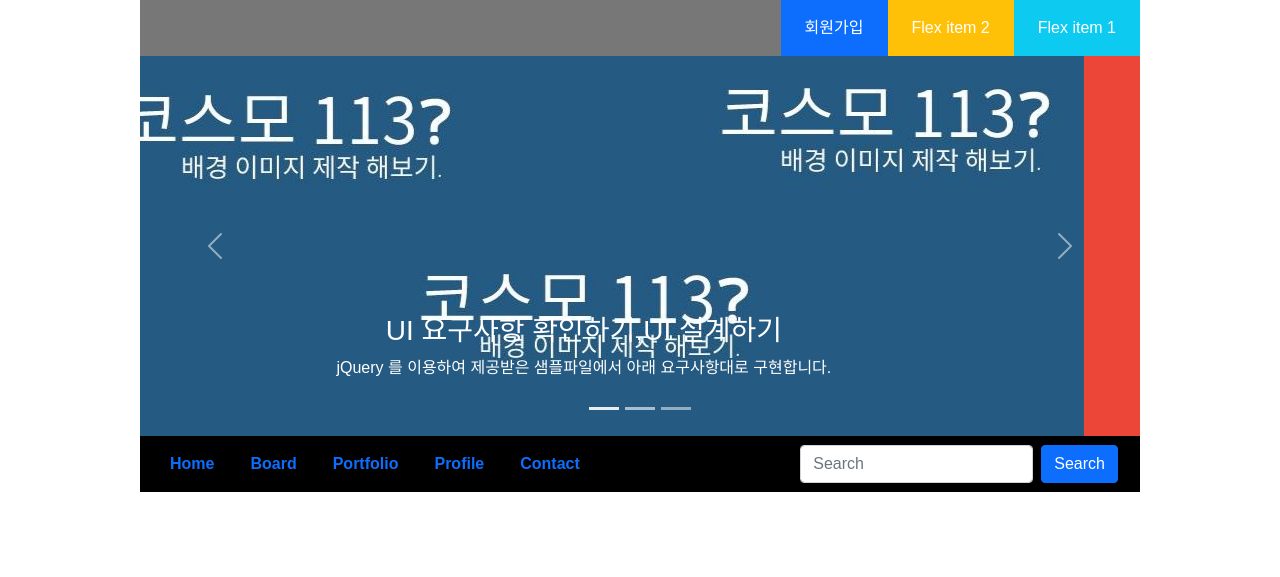
Repository: ilsang7389/12321
Page: http://localhost/spring1019_20_mvc/WEB-INF/views/main/index.jsp
The author's editor kept a copy of each file at every save. The page is drawn from the files as they stood at one save, then again after the next save.
The browser window is 1280 px wide. The pictures show the whole page.
Some web libraries are served in a nearby version. The page is served by Tomcat 9. Nobody is signed in. Other server files are loaded and not shown. The template is opened directly, without the code that normally fills it, so the values that code supplies are empty.

Above is the page before, as saved 2023-10-19 05:34:49.

### spring1019_20_mvc/WebContent/WEB-INF/views/main/index.jsp
<%@ page language="java" contentType="text/html; charset=EUC-KR"
	pageEncoding="EUC-KR"%>
<%@include file="../temp/header.jsp"%>

### spring1019_20_mvc/WebContent/WEB-INF/views/temp/header.jsp
<%@ page language="java" contentType="text/html; charset=EUC-KR"
    pageEncoding="EUC-KR"%>
<%@taglib prefix="c" uri="http://java.sun.com/jsp/jstl/core" %>
<!DOCTYPE html>
<html>
 <head>
  <TITLE> New Document </TITLE>
  <meta charset="euc-kr">
  <meta name="viewport" content="width=device-width, initial-scale=1">
  <link href="https://cdn.jsdelivr.net/npm/bootstrap@5.1.3/dist/css/bootstrap.min.css" rel="stylesheet">
  <link rel="stylesheet" href="resources/css/style.css"/>
  <script src="https://cdn.jsdelivr.net/npm/bootstrap@5.1.3/dist/js/bootstrap.bundle.min.js"></script>
 <link rel="stylesheet" href="https://cdnjs.cloudflare.com/ajax/libs/font-awesome/4.7.0/css/font-awesome.min.css"/>
 <script src="https://cdnjs.cloudflare.com/ajax/libs/jquery/3.2.1/jquery.min.js"></script>
 <style>
 a{
	text-decoration: none;
}
select.btn-mini {
    height: auto;
    width : 200px;
    line-height: 14px;
}
.card {

    border: none;
    box-shadow: 5px 6px 6px 2px #e9ecef;
    border-radius: 4px;
}
.dots{
  height: 4px;
  width: 4px;
  margin-bottom: 2px;
  background-color: #bbb;
  border-radius: 50%;
  display: inline-block;
}

.badge{
    padding: 7px;
    padding-right: 9px;
    padding-left: 16px;
    box-shadow: 5px 6px 6px 2px #e9ecef;
}

.user-img{
    margin-top: 4px;
}

.check-icon{
    font-size: 17px;
    color: #c3bfbf;
    top: 1px;
    position: relative;
    margin-left: 3px;
}
.form-check-input{
    margin-top: 6px;
    margin-left: -24px !important;
    cursor: pointer;
}
.form-check-input:focus{
    box-shadow: none;
}


.icons i{
    margin-left: 8px;
}
.reply{
    margin-left: 12px;
}

.reply small{
    color: #b7b4b4;
}
.reply small:hover{
    color: green;
    cursor: pointer;
}
.bgGr1 {
	background-color: #0d6efd
}
.bgGr2 {
	background-color: #ffc107
}
.bgGr3 {
	background-color: #0dcaf0
}
#colTitle{
	background-color: #000000;
}

.mytable-condensed{
  font-size: 11px;
}
 </style>
<script>
$(function(){
	$('#searchv').focusin(function() {
		$(this).val("검색어 입력")
	});
	$('#searchv').focusout(function() {
		$(this).val("")
	});

	//let firstColor ="d-flex flex-row-reverse mybgColor";
	console.log("log00 => "+$('.mybgColor').attr('class'));
	$('#item1').click(function(){
		//$(this).attr('class',firstColor)
		console.log("log => "+$('.mybgColor').attr('class'));
		$('.mybgColor').attr('class',function(){
			$(this).attr('style','background-color:#0dcaf0');
			/*
			let changeClass = $(this).attr('class');
			let class_sttr_arr = changeClass.split(" ");
			$.each(class_sttr_arr,function(e,val){
				console.log(e+"::::::::::::::::::"+val)
				if(val.includes("bg-")){
					console.log("================>"+e+":"+val);
					$('.mybgColor').attr('class').replace(val,'bg-info');
				}else{
					changeClass +=" bg-info";
				}
				$('.mybgColor').attr('class',changeClass)
			});
			*/
		});
	});
	$('#item2').click(function(){
		console.log("log => "+$('.mybgColor').attr('class'));
		$('.mybgColor').attr('class',function(){
			$(this).attr('style','background-color:#ffc107');
		});
		//이미지 세팅하기
		let imgArr = ['d1.jpg','d2.jpg','d3.jpg'];
		$('.carousel-item > img').each(function(idx){
			console.log("바뀔 이미지 :"+imgArr[idx]+", log Img => "+$(this).attr('src'));
			$(this).attr('src','resources/image/'+imgArr[idx]);
		});

	});
	$('#item3').click(function(){
		$('.mybgColor').attr('class',function(){
			$(this).attr('style','background-color:#0d6efd');
		});
		//이미지 세팅하기
		let imgArr = ['c1.jpg','c2.jpg','c3.jpg'];
		$('.carousel-item > img').each(function(idx){
			console.log("바뀔 이미지 :"+imgArr[idx]+", log Img => "+$(this).attr('src'));
			$(this).attr('src','resources/image/'+imgArr[idx]);
		});
	});
});
</script>
 </head>
 <body>
<header class="text-white text-center" >
<div class="d-flex flex-row-reverse mybgColor">
  <div class="p-2 bg-info"><a href="#" class="nav-link text-white" id="item1">Flex item 1</a></div>
  <div class="p-2 bg-warning"><a href="#" class="nav-link text-white" id="item2">Flex item 2</a></div>
  <div class="p-2 bg-primary"><a href="#" class="nav-link text-white" id="item3">회원가입</a></div>
</div>
        <!-- Carousel -->
<div id="demo" class="carousel slide" data-bs-ride="carousel">
  <!-- Indicators/dots -->
  <div class="carousel-indicators">
    <button type="button" data-bs-target="#demo" data-bs-slide-to="0" class="active"></button>
    <button type="button" data-bs-target="#demo" data-bs-slide-to="1"></button>
    <button type="button" data-bs-target="#demo" data-bs-slide-to="2"></button>
  </div>

  <!-- The slideshow/carousel -->
  <div class="carousel-inner">
    <div class="carousel-item active">
      <img src="resources/image/d1.jpg" alt="Kosmo113" class="d-block" style="width:100%">
      <div class="carousel-caption">
        <h3>UI 요구사항 확인하기,UI 설계하기 </h3>
        <p>jQuery 를 이용하여 제공받은 샘플파일에서 아래 요구사항대로 구현합니다.</p>
      </div>
    </div>
    <div class="carousel-item">
      <img src="resources/image/d2.jpg" alt="Carousel" class="d-block" style="width:100%">
      <div class="carousel-caption">
        <h3>Carousel 기능을 CSS3로!</h3>
        <p>Thank you, CSS3!</p>
      </div>
    </div>
    <div class="carousel-item">
      <img src="resources/image/d3.jpg" alt="JSP" class="d-block" style="width:100%">
      <div class="carousel-caption">
        <h3>UI 요구사항 확인하기,UI 설계하기 </h3>
        <p>jQuery 를 이용하여 제공받은 샘플파일에서 아래 요구사항대로 구현합니다.</p>
      </div>
    </div>
  </div>

  <!-- Left and right controls/icons -->
  <button class="carousel-control-prev" type="button" data-bs-target="#demo" data-bs-slide="prev">
    <span class="carousel-control-prev-icon"></span>
  </button>
  <button class="carousel-control-next" type="button" data-bs-target="#demo" data-bs-slide="next">
    <span class="carousel-control-next-icon"></span>
  </button>
</div>
</header>
<%--bg-dark navbar-dark --%>
    <nav class="navbar navbar-expand-sm mybgColor" >
     <div class="container-fluid" >
        <ul class="navbar-nav" >
            <li class="nav-item"><a href="main" class="nav-link active" >Home</a></li>
            <li class="nav-item"><a href="boardlist" class="nav-link">Board</a></li>
            <li class="nav-item"><a href="#" class="nav-link">Portfolio</a></li>
            <li class="nav-item"><a href="#" class="nav-link">Profile</a></li>
            <li class="nav-item"><a href="#" class="nav-link">Contact</a></li>
        </ul>
        <form class="d-flex">
        <input class="form-control me-2" type="text" placeholder="Search" name="searchv" id="searchv">
        <button class="btn btn-primary" type="button">Search</button>
        </form>
      </div>
    </nav>

### spring1019_20_mvc/WebContent/resources/css/style.css
 body{
	width: 1000px;
	margin: 0 auto;
	font-family: Arial, sans-serif;
	color: #777;
}

/* p{
	margin-top: 20px;
	margin-bottom: 20px;
	line-height: 150%;
}
 */
header {
	background: #777;
	/* padding: 20px; */
	clear: both;
	height: 80%;
}

body header hgroup h1{
	font-size: 3.0em;
	text-transform: uppercase;
	color: #fff;
}

body header hgroup h2{
	font-size: 0.8em;
	color: #fff;
	font-style: italic;
}

body nav{
	padding: 10px;
	background: #000;
	color:#FFFFFF;
	font-weight: bold;
	clear: both;
	-moz-border-radius: 20px 0px;
}

body nav ul{
	padding: 0;
	margin: 0;
	list-style: none;
}

nav ul li{
	display: block;
	float: left;
	margin-right: 20px;
}

footer{
	background: #000;
	padding: 10px;
	height: 100px;
	color: #fff;
	clear: both;
}

nav ul li a{
	color: #fff;
	background: #000;
	text-decoration: none;
	padding: 5px;
	margin: 0;
}

nav ul li a:hover{
	background: #777;
}

article{
	width: 780px;
	padding: 10px;
	float: left;
}

article header{
	border: 1px dashed #777;
	padding: 5px;
}

article header h1{
	color: #000;
	font-size: 2em;
}

time{
	font-size: 0.7em;
	margin-top: 0px;
	margin-bottom: 0px;
}

article section footer{
	border: 1px dashed #777;
	padding: 10px;
}

article>footer{
	font-style: italic;
}

figure{
	margin: 0 auto;
	padding: 20px;
	width: 500px;
	text-align: center;
	border: 1px dashed #ccc;
	clear: both;
}

figure img{
	padding: 10px;
	margin: 0 auto;
}

aside{
	width: 220px;
	padding: 10px;
	float: left;
	background: #ccc;
	color: #000;
	font-size: 0.8em;
}
aside header h1{
	font-size: 1.5em; color:#000;
}
aside button {
	width:100%;
}

After the next save:
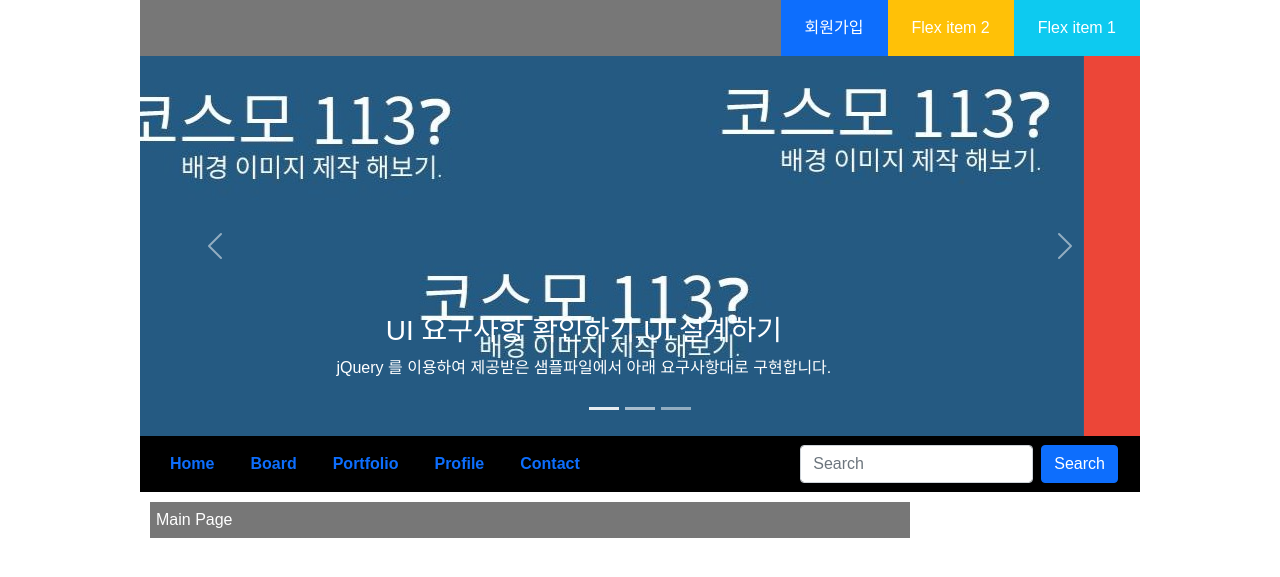
Saved 70 s later.
--- a/spring1019_20_mvc/WebContent/WEB-INF/views/main/index.jsp
+++ b/spring1019_20_mvc/WebContent/WEB-INF/views/main/index.jsp
@@ -1,3 +1,7 @@
 <%@ page language="java" contentType="text/html; charset=EUC-KR"
 	pageEncoding="EUC-KR"%>
 <%@include file="../temp/header.jsp"%>
+
+<article>
+	<header style="color: white;"> Main Page</header>
+</article>
